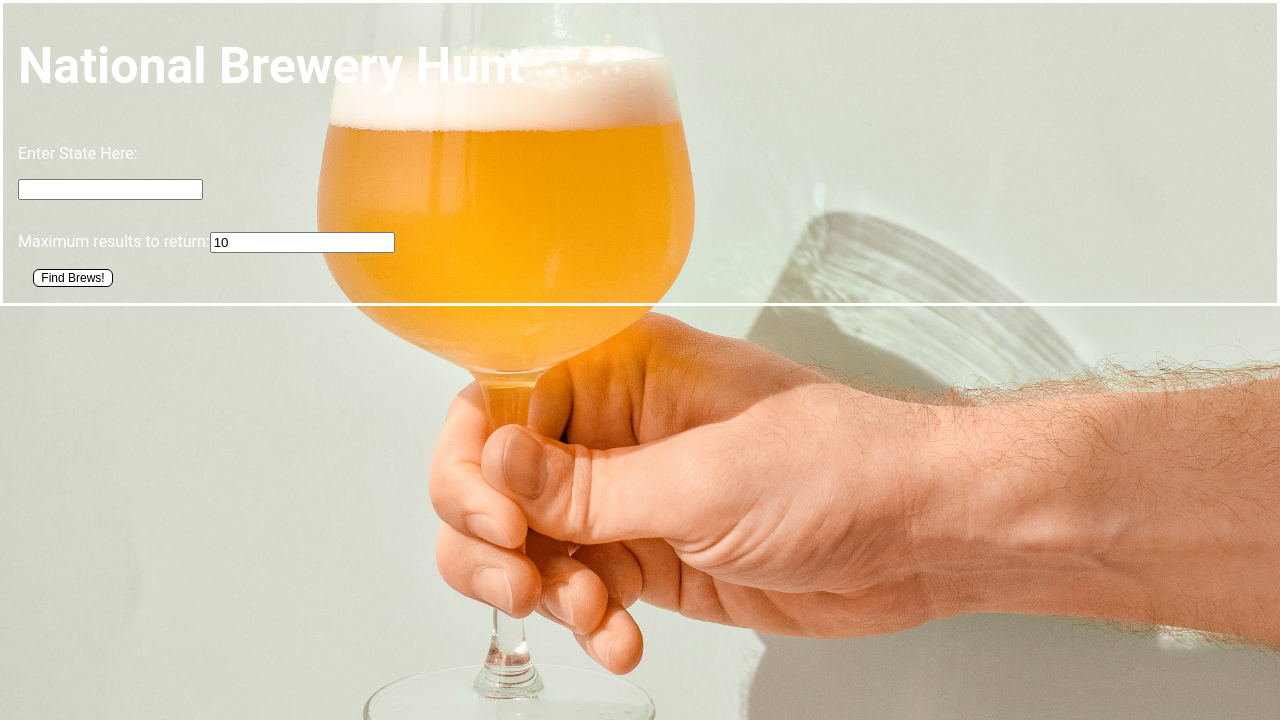
Repository: kaitlynMidori/searchBrews
Page: index.html
These files come from the project's save history. The page is drawn as it stood at one moment and after the next save; the edit follows.
The browser window is 1280 px wide. The pictures show the whole page.

Above is the page before, as saved 2021-04-24 12:34:57.

### index.html
<!DOCTYPE html>
<html lang="en">

<head>
    <meta charset="UTF-8" />
    <meta name="viewport" content="width=device-width, initial-scale=1.0" />
    <meta http-equiv="X-UA-Compatible" content="ie=edge" />
    <title>National Brewery Hunt</title>
    <link rel="stylesheet" href="style.css" />
</head>

<body>
    <div id="container">
        <h1>National Brewery Hunt</h1>

        <form id="search-form">
            <p>
                <p><label for="by_state">Enter State Here:</label></p>
                <p><input type="text" name="by_state" id="by_state" required /></p>
            </p>

            <p>
                <label for="max-results">Maximum results to return: </label>
                    <input type="number" name="max-results" id="max-results" value="10" />
            </p>

            <p>
                <input type="submit" value="Find Brews!" class="submit" />
            </p>
        </form>

        <p id="error-message"></p>

        <section id="results" class="hidden">
            <h2>Search results</h2>
            <ol id="results-list"></ol>
        </section>
    </div>
    <script src="https://code.jquery.com/jquery-3.3.1.js" integrity="sha256-2Kok7MbOyxpgUVvAk/HJ2jigOSYS2auK4Pfzbm7uH60=" crossorigin="anonymous"></script>
    <script src="app.js"></script>
</body>

</html>
<!-- This app doesn't follow a11y best practices, and the JS file is incomplete. Complete the getBreweries, displayResults, and watchSubmit functions. When you're done, this app should allow a user to search for a state, and display a list of breweries in that state. The list should include the brewery's name and a link to their website. You should make requests to this API: https://www.openbrewerydb.org/ . Make any necessary adjustments to make this app accessible. -->

### style.css

body {
    font-family: "Roboto", sans-serif;
    color: white;
    margin: auto;
    background: cover;
    background: url("images/beer.jpg") no-repeat center center fixed;
    -webkit-background-size: 100% auto;
    -moz-background-size: 100% auto;
    -ms-background-size: 100% auto;
    -o-background-size: 100% auto;
    background-size: 100% auto;
    border: solid;
}

.hidden {
    display: none;
}

h1  {
    text-align: left;
    font-size: 50px;
    margin-left: 15px;
}

h2 {
    text-align: left;
}

/* .search-form {
    text-align: center;
    display: flex;
    flex-direction: column;
    width: auto;
    border: 1px solid black;
    padding: 30px;
    margin-left: 100px;
    margin-right: 100px;
    margin-bottom: 50px;
    border-radius: 8px;
} */

/* legend {
    text-align: left;
} */

form p {

    margin-left: 15px;
    display: flex;
    width: auto;
    justify-content: left;

}

/* .results-list {
    margin: auto;
    width: 50px;
    height: 25px;
    padding: 0px;
    text-align: left;
    margin-bottom: 10px;
    margin-top: 10px;
    border-radius: 6px;
} */



.submit {
    border: 1px solid black;
    background-color: white;
    justify-content: left;
   margin-left: 15px;
    width: 80px;
    height: 18px;
    border-radius: 6px;
    padding: 1px;
    font-size: 12px;
}

.submit:hover {
    cursor: pointer;
}

/* .results-amount:hover {
    cursor: text;
} */


/*Results Styling*/

/* .results-display-container {
    margin: auto;
} */

/* .single-result {
    border: 1px solid rgb(177, 175, 175);
    margin: auto;
    border-radius: 8px;
    box-shadow: -1px 2px rgb(209, 209, 209);
    padding: 15px;
    width: 1000px;
    margin-bottom: 15px;
} */

### app.js
"use strict";

const searchURL = ("https://api.openbrewerydb.org/breweries");

 //format query params
function formatQueryParams(params) {
    //return object array with params
   const queryItems = Object.keys(params)
   //produce object map param string key
     .map(key => `${key}=${params[key]}`)
     //return array as string
   return queryItems.join('&');
 }

function displayResults(responseJson, maxResults) {

    // if there are previous results, remove them
    console.log(responseJson);
    $("#results-list").empty();

    // iterate through the data array
    // list brewery name, city, url
    for (let i = 0; i < responseJson.length; i++) {
    $("#results-list").append(`<li class="each-product-result">

    <h3 class="product-name">${responseJson[i].name}</h3>
    <p class="product-price">${responseJson[i].city}</p>
    <p>Brewery page: <a href=${responseJson[i].website_url}>${responseJson[i].website_url}</a></p><br>
    <br>
    </li>`
      )
  };
    //display the results section
    $("#results").removeClass("hidden");
}

//getBreweries function
function getBreweries(query, maxResults) {
    //set API paramaters
    const params = {
        by_state: query,
        per_page: maxResults,
    };
    //declare queryString as formatQueryParams
    const queryString = formatQueryParams(params);
    //declare url to bind user input string to searchUrl
    const url = searchURL + "?" + queryString;
    console.log(url);
    //initiate fetch request using pure promise to get JSON object
    fetch(url)
    //check for resolved promise
        .then((response) => {
            // if response = true
            if (response.ok) {
                //return response object
                return response.json();
            }
            //raise exception to reject promise error and trigger .catch
            throw new Error(response.statusText);
        })
        .then((responseJson) => displayResults(responseJson, maxResults))
        //Catch any errors and return message
        .catch((err) => {
            $("#error-message").text(`Something went wrong: ${err.message}`);
        });
}

function watchForm() {
    // Bind an event handler to the “submit” JavaScript event
    $("form").submit((event) => {
        // If this method is called, the default action of the event will not be triggered.
        event.preventDefault();
        let by_state = $("#by_state").val();
	// by_state = by_state.replace(/\s/g, '');
        const maxResults = $("#max-results").val();
        getBreweries(by_state, maxResults);
    });
}

//call jQuery to pass in callback function when page loads
$(watchForm);

After the next save:
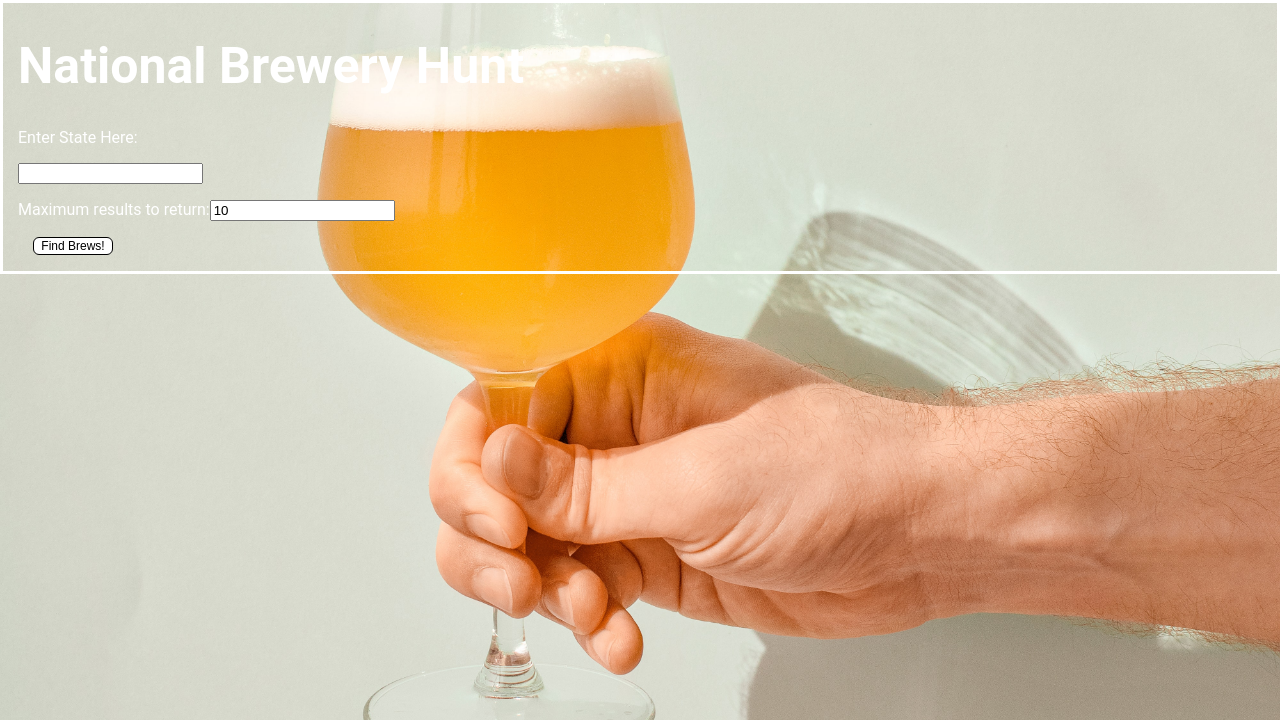
Saved 13 s later.
--- a/index.html
+++ b/index.html
@@ -14,10 +14,10 @@
         <h1>National Brewery Hunt</h1>
 
         <form id="search-form">
-            <p>
+
                 <p><label for="by_state">Enter State Here:</label></p>
                 <p><input type="text" name="by_state" id="by_state" required /></p>
-            </p>
+
 
             <p>
                 <label for="max-results">Maximum results to return: </label>
